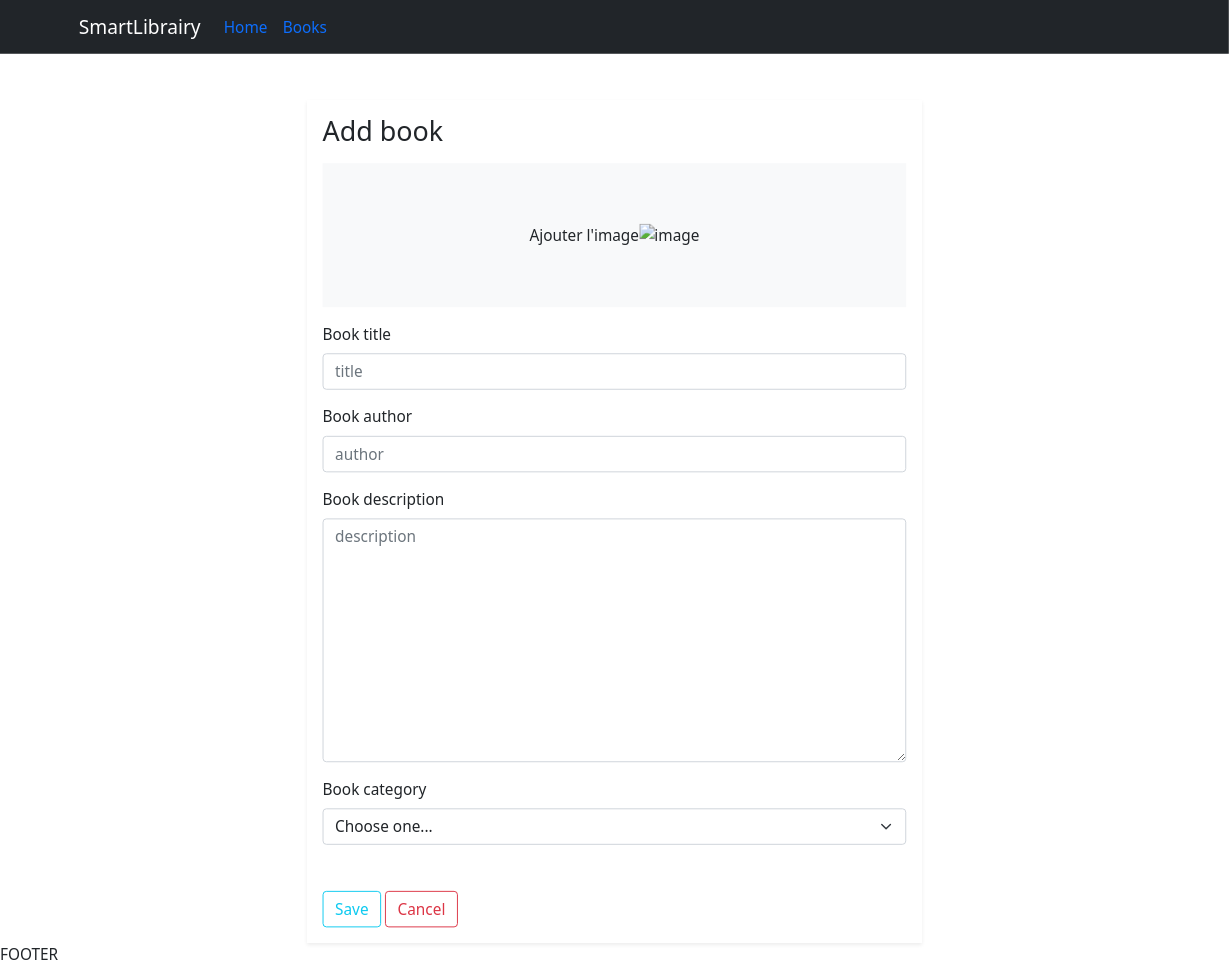
Repository: FS-23/smart-librairy
Page: http://localhost/books/create
These files come from the project's save history. The page is drawn as it stood at one moment and after a run of saves; the edit follows.
The browser window is 1280 px wide. The pictures show the whole page, at 96% of full size.
The page is served by the project's Laravel application, run on PHP 8.4 with Laravel 9.

Above is the page before, as saved 2022-06-10 13:15:45.

After the next 2 saves:
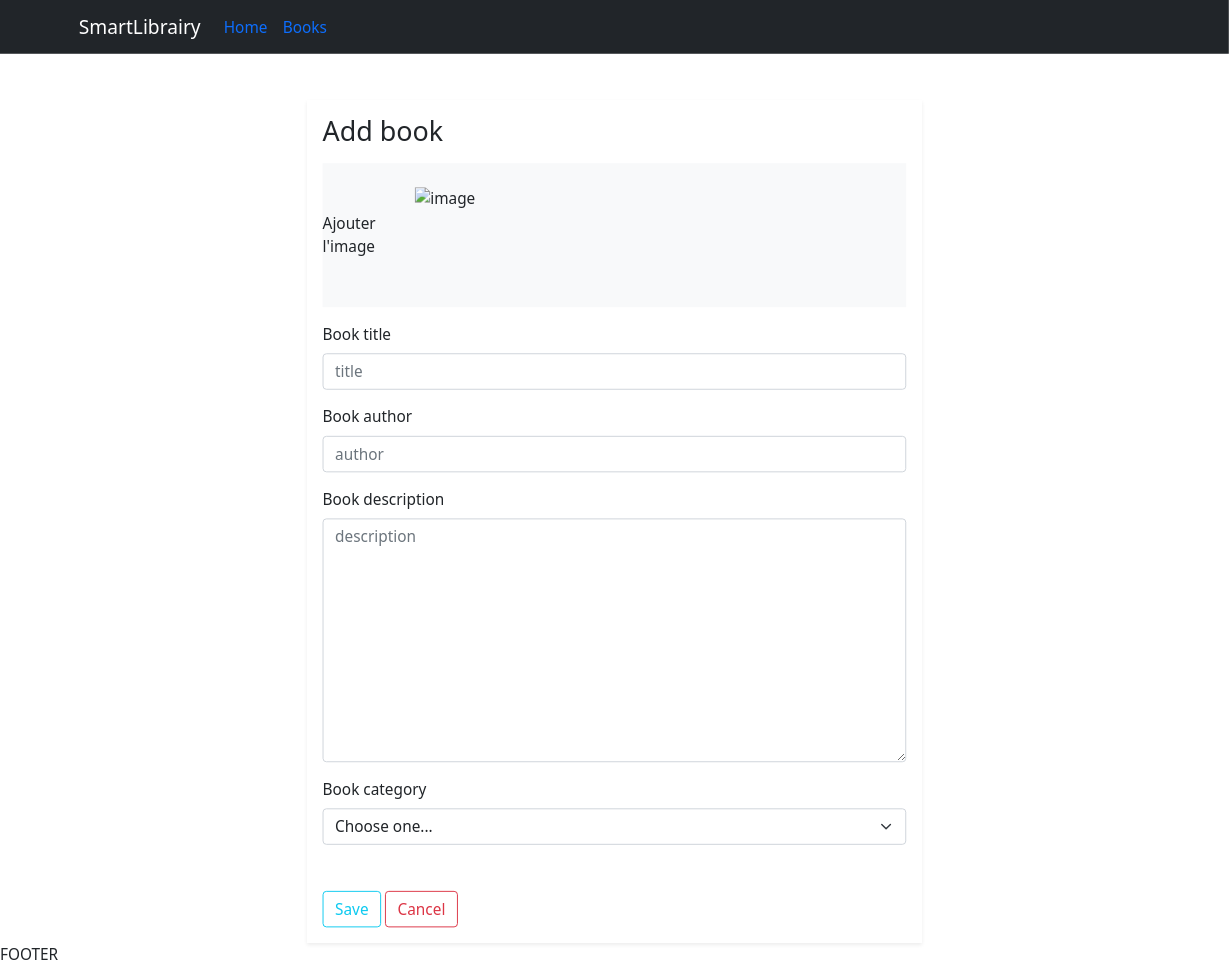
The 2 saves are shown as one change because they came seconds apart.
The last was saved 53 s later.
--- a/resources/views/book/create.blade.php
+++ b/resources/views/book/create.blade.php
@@ -7,7 +7,7 @@
         @csrf
         <h3>Add book</h3>
         <div id="choose-image-container" style="height: 150px" class="bg-light mt-3 d-flex justify-content-center align-items-center">
-            Ajouter l'image <img id="imagePreview" src="" alt="image">
+            Ajouter l'image <img style="width: 100% ; height: 100px" id="imagePreview" src="" alt="image">
             <input type="file" accept="image/*" style="display: none" id="bookFile" name="bookImage" required>
         </div>
         <div class="form-group mt-3">
